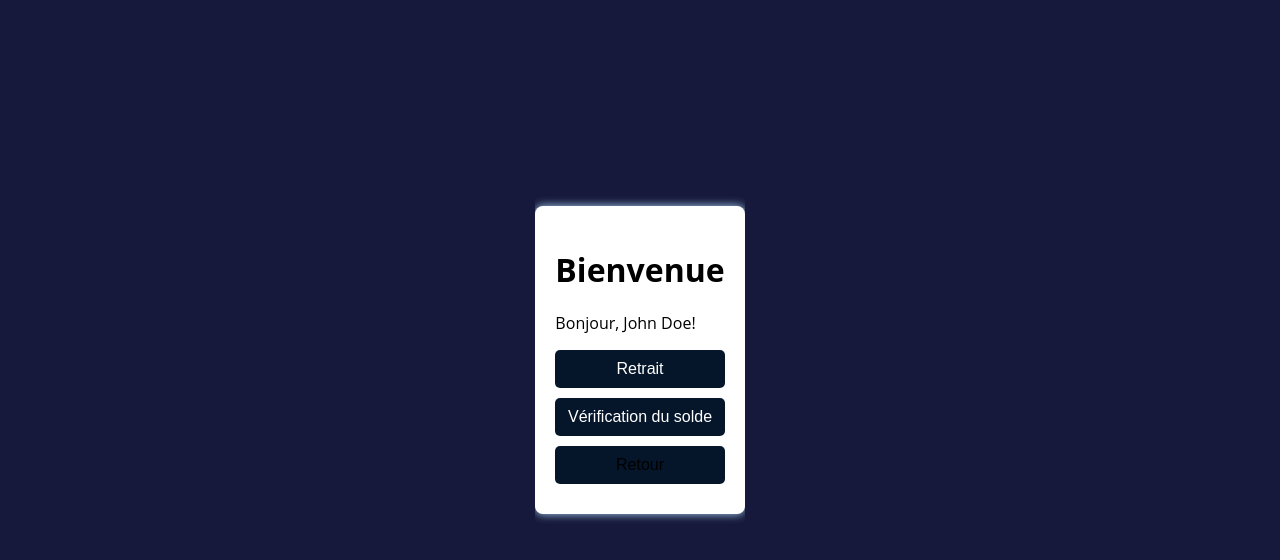
Repository: ndiawar/ProjetGab
Page: bienvenue.html
These files come from the project's save history. The page is drawn as it stood at one moment and after the next save; the edit follows.
The browser window is 1280 px wide. The pictures show the whole page.

Above is the page before, as saved 2024-08-07 19:30:02.
Console error: TypeError: Cannot read properties of null (reading 'addEventListener')

### bienvenue.html
<!DOCTYPE html>
<html lang="en">
<head>
    <meta charset="UTF-8">
    <meta name="viewport" content="width=device-width, initial-scale=1.0">
    <title> Interface Web de votre banque</title>
    <link rel="stylesheet" href="style.css">
    <script src="script.js"></script>
</head>
<body>
    <div class="container">
        <h1 id="bienvenue">Bienvenue</h1>
        <p id="welcome-message">Bonjour, <span id="client-name">Client</span>!</p>
        <button class="button retrait" onclick="alert('Accès au retrait')">Retrait</button>
        <button class="button solde" onclick="alert('Vérification du solde')">Vérification du solde</button>
        <button class="button retour" onclick="alert('merci à la prochaine')">Retour</button>
    </div>

    <script>
        // Remplacez 'Client' par le nom réel du client
        document.getElementById('client-name').textContent = 'John Doe';
    </script>
</body>
</html>

### style.css
:root {
    /* Définition des couleurs de base */
    --blue-sky-1: #16193B; /* Bleu nuit */
    --blue-sky-2: #35478C; /* Bleu foncé */
    --blue-sky-3: #4E7AC7; /* Bleu vif */
    --blue-sky-4: #7FB2F0; /* Bleu clair */
    --blue-sky-5: #ADD5F7; /* Bleu très clair */
    --Noir-6: #000000; /* Noir */
    --Blanc-7: #ffffff; /* Blanc */

    /* Utilisation des couleurs pour différents éléments */
    --color-title: var(--blue-sky-1); /* Couleur pour les titres */
    --color-subtitle: var(--blue-sky-3); /* Couleur pour les sous-titres */
    --color-paragraph: var(--blue-sky-2); /* Couleur pour les paragraphes */
    --color-border: var(--blue-sky-4); /* Couleur pour les bordures */
    --color-backgroundFoncé: var(--blue-sky-1); /* Couleur de fond foncée */
    --color-background: var(--blue-sky-5); /* Couleur de fond général */
    --color-text: var(--Noir-6); /* Couleur pour le texte de fond */
    --color-white: var(--Blanc-7); /* Couleur blanche pour le texte de fond d'une balise */

    /* Polices */
    --font-title: 'Montserrat', sans-serif;
    --font-text: 'Open Sans', sans-serif;
    --font-subtitle: 'Roboto', sans-serif;

    /* Taille de police standard et poids */
    --font-size-normal: 16px; /* Taille de police standard pour le texte */
    --font-size-title: 28px; /* Taille de police pour les grands titres */
    --font-size-subtitle: 20px; /* Taille de police pour les sous-titres */
    --font-weight-normal: 400; /* Poids normal de la police */
    --font-weight-bold: 700; /* Poids en gras */
    /* Pour le profil la taille du nom et du sous-titre */
    --font-size-titleProfil: 45px;
    --font-size-subtitleProfil: 30px;
}


/*Initialisation de notre body pour supprimer les marges et choix du type de police pour notre site*/


/*Initialisation de notre body pour supprimer les marges et choix du type de police pour notre site*/
* {
  box-sizing: border-box;
}

/* Style global pour le corps de la page */
body, html {
    margin: 0;
    padding: 0;
    color: var(--color-text);
    font-family: var(--font-text);
    font-size: var(--font-size-normal);
    font-weight: var(--font-weight-normal);
    overflow-x: hidden;
    height: 100%;
    display: flex;
    align-items: center;
    justify-content: center;
    background-color: var(--color-backgroundFoncé);/**/
}

/* Conteneur principal qui tient la page de connexion */
.login-container {
    display: flex;
    width: 100%;
    max-width: 900px;
    height: 500px;
    background-color: var(--color-white);
    box-shadow: 0 4px 8px rgba(101, 150, 214, 0.1);
    border-radius: 10px;
    overflow: hidden;
}

/* Style pour la section du formulaire de connexion */
.login-form {
    flex: 1;
    padding: 40px;
    background-color: var(--color-white);
    display: flex;
    flex-direction: column;
    justify-content: center;
}

/* Style pour les titres et formulaires dans la section de connexion */
.login-form h2 {
    margin-bottom: 20px;
    color: var(--color-title);
    font-size: var(--font-size-title);
    font-family: var(--font-title);
    font-weight: var(--font-weight-bold);
    padding: 5px 0 60px 50px;
}

.form-group {
    margin-bottom: 15px;
    font-size: var(--font-subtitle);
    font-weight: var(--font-weight-normal);
    font-family: var(--font-text);
    color: var(--color-title);
}

.form-group label {
    display: block;
    margin-bottom: 5px;
    color: var(--color-title);
}

.form-group input {
    width: 100%;
    padding: 10px;
    border: 1px solid var(--color-title);
    border-radius: 5px;
    font-size: 16px;
    box-sizing: border-box;
}

#submit {
    width: 100%;
    padding: 10px;
    background-color: var(--color-backgroundFoncé);
    color: var(--color-white);
    border: none;
    border-radius: 5px;
    font-size: 16px;
    cursor: pointer;
    transition: background-color 0.3s ease;
}

#submit:hover {
    background-color: var(--color-border);
}

/* Style pour la section de bienvenue avec le logo */
.welcome-section {
    flex: 1;
    display: flex;
    align-items: center;
    justify-content: center;
    color: var(--color-backgroundFoncé);
}

.welcome-content {
    text-align: center;
    padding: 20px;
}

.logo {
    width: 350px;
    height: 350px;
    margin-bottom: 20px;
}

.welcome-section h1 {
    margin: 0 0 10px;
    font-size: 36px;
}

.welcome-section p {
    font-size: 18px;
    margin: 0;
}
/*Debut Partie Etienne*/
.container {
    background-color:var(--color-white);
    border-radius: 8px;
    box-shadow: 0 0 10px var(--color-background);
    padding: 20px;
    max-width: 500px;
    width: 100%;
  }
  .service {
    font-size: 24px;
    margin-bottom: 10px;
    color: var(black);
    text-align: center;
  }
  welcome-message {
    font-size: 18px;
    margin-bottom: 20px;
    color: var(black);
  }
  .button {
    display: block;
    width: 100%;
    padding: 10px;
    margin: 10px 0;
    font-size: 16px;
    text-align: center;
    border: none;
    border-radius: 5px;
    cursor: pointer;
    transition: background-color 0.3s;
    background-color: #05162b;
  }
  .button:hover {
    background-color: var(#35478c);
  }
  .button.retrait {
    background-color: var(rgba(1, 4, 24, 0.911));
    color: var(--color-white);
  }
  .button.solde {
    background-color:var(rgba(1, 4, 24, 0.911));
    color: var(--color-white);
  }
  .button.depot {
    background-color: var(rgba(1, 4, 24, 0.911));
    color: var(--color-white);
  }
/*Fin Partie Etienne*/

### script.js
//Déclaration du tableau utilisateurs avec des valeurs d'objets
const utilisateurs = [
    { idCard: '1001', mdp: '51234', etatCmpt: false, nom: 'Dupont', prenom: 'Jean' },
    { idCard: '1002', mdp: '95678', etatCmpt: false, nom: 'Martin', prenom: 'Marie' },
    { idCard: '1003', mdp: '45637', etatCmpt: false, nom: 'Durand', prenom: 'Pierre' },
    { idCard: '1004', mdp: '98712', etatCmpt: false, nom: 'Leroy', prenom: 'Luc' },
    { idCard: '1005', mdp: '45632', etatCmpt: false, nom: 'Moreau', prenom: 'Sophie' },
    { idCard: '1006', mdp: '54832', etatCmpt: false, nom: 'Simon', prenom: 'Laura' },
    { idCard: '1007', mdp: '12345', etatCmpt: false, nom: 'Lambert', prenom: 'Alex' },
    { idCard: '1008', mdp: '67890', etatCmpt: false, nom: 'Garcia', prenom: 'Elena' },
    { idCard: '1009', mdp: '11223', etatCmpt: false, nom: 'Bernard', prenom: 'Nicolas' },
    { idCard: '1010', mdp: '44556', etatCmpt: false, nom: 'Petit', prenom: 'Lucie' }
];

//Sauvegarder les données initials de l'utilisateur dans localStorage si ce n'est pas déja fait
if (!localStorage.getItem('utilisateurs')) {
    localStorage.setItem('utilisateurs', JSON.stringify(utilisateurs));
}

//Déclaration de variable pour enregister le nombre maximum de tentative
//et une variable pour mettre dans le local storage si l'utilisateur est bloqué aprés trois tentative
const maxAttempts = 3;
const userAttempts = JSON.parse(localStorage.getItem('userAttempts')) || {};

// Charge les données de l'utilisateur depuis le LocalStorage
let storedUsers = JSON.parse(localStorage.getItem('utilisateurs')) || [];
//On recupère lesélément id du formulaire pour interagir avec l'événement
//Récupére id du paragraphe pour afficher les msg d'rreurs
const loginForm = document.getElementById('loginForm');
const errorMessage = document.getElementById('errorMessage');
// Lafonction qui lance l'événement connexion
loginForm.addEventListener('submit', function(event) {
    event.preventDefault();
//On recupère les valeurs saisient par les utilisateurs
    const identifiant = document.getElementById('identifiant').value;
    const password = document.getElementById('password').value;
//On recherche l'utilisateur dans le store qui enregistre notre tableau
//Pour le vérifier ensuite avec l'information que l'utilisateur à saisie "identifiant"
    const utilisateur = storedUsers.find(u => u.idCard === identifiant);

    if (!utilisateur) {
        errorMessage.textContent = "Identifiant de carte introuvable,Veuillez réessayer.";
        errorMessage.style.display = "block";
        return;
    }

    if (utilisateur.etatCmpt) {
        errorMessage.textContent = "Compte bloqué. Veuillez contacter votre banque.";
        errorMessage.style.display = "block";
        return;
    }

    if (!userAttempts[identifiant]) {
        userAttempts[identifiant] = 0;
    }

    if (utilisateur.mdp !== password) {
        userAttempts[identifiant]++;
        if (userAttempts[identifiant] >= maxAttempts) {
            utilisateur.etatCmpt = true;
            localStorage.setItem('utilisateurs', JSON.stringify(storedUsers));
            errorMessage.textContent = "Compte bloqué après trois tentatives échouées.";
            errorMessage.style.display = "block";
        } else {
            localStorage.setItem('userAttempts', JSON.stringify(userAttempts));
            errorMessage.textContent = `Mot de passe incorrect. Tentative ${userAttempts[identifiant]} sur ${maxAttempts}.`;
            errorMessage.style.display = "block";
        }
        return;
    }

    userAttempts[identifiant] = 0; // Réinitialise les tentatives
    localStorage.setItem('userAttempts', JSON.stringify(userAttempts));
    alert(`Authentification réussie! Bienvenue, ${utilisateur.prenom} ${utilisateur.nom}.`);
    errorMessage.style.display = "none";
    window.location.href = './bienvenue.html'; // Redirection vers la page bienvenue
});

After the next save:
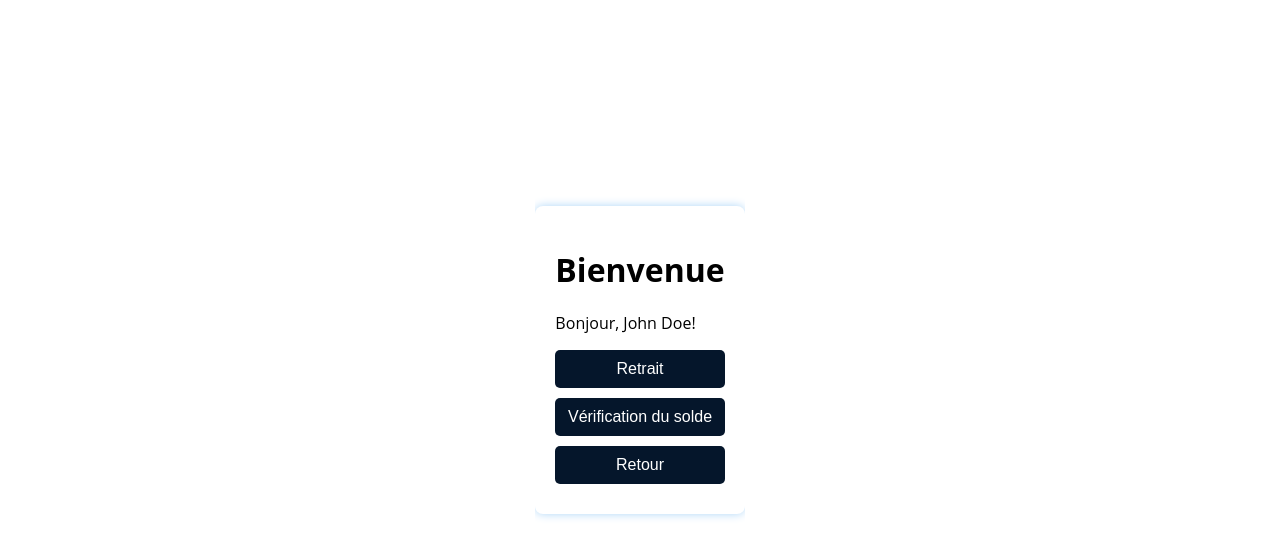
Saved 2 min 51 s later.
--- a/style.css
+++ b/style.css
@@ -6,7 +6,7 @@
     --blue-sky-4: #7FB2F0; /* Bleu clair */
     --blue-sky-5: #ADD5F7; /* Bleu très clair */
     --Noir-6: #000000; /* Noir */
-    --Blanc-7: #ffffff; /* Blanc */
+    --blue-sky-1: #ffffff; /* Blanc */
 
     /* Utilisation des couleurs pour différents éléments */
     --color-title: var(--blue-sky-1); /* Couleur pour les titres */
@@ -16,7 +16,7 @@
     --color-backgroundFoncé: var(--blue-sky-1); /* Couleur de fond foncée */
     --color-background: var(--blue-sky-5); /* Couleur de fond général */
     --color-text: var(--Noir-6); /* Couleur pour le texte de fond */
-    --color-white: var(--Blanc-7); /* Couleur blanche pour le texte de fond d'une balise */
+    --color-white: var(--blue-sky-1); /* Couleur blanche pour le texte de fond d'une balise */
 
     /* Polices */
     --font-title: 'Montserrat', sans-serif;
@@ -114,7 +114,7 @@ body, html {
     box-sizing: border-box;
 }
 
-#submit {
+button {
     width: 100%;
     padding: 10px;
     background-color: var(--color-backgroundFoncé);
@@ -126,7 +126,7 @@ body, html {
     transition: background-color 0.3s ease;
 }
 
-#submit:hover {
+button:hover {
     background-color: var(--color-border);
 }
 
@@ -159,7 +159,8 @@ body, html {
     font-size: 18px;
     margin: 0;
 }
-/*Debut Partie Etienne*/
+
+/*Debut partie yaye*/
 .container {
     background-color:var(--color-white);
     border-radius: 8px;
@@ -167,44 +168,44 @@ body, html {
     padding: 20px;
     max-width: 500px;
     width: 100%;
-  }
-  .service {
-    font-size: 24px;
-    margin-bottom: 10px;
-    color: var(black);
-    text-align: center;
-  }
-  welcome-message {
-    font-size: 18px;
-    margin-bottom: 20px;
-    color: var(black);
-  }
-  .button {
-    display: block;
-    width: 100%;
-    padding: 10px;
-    margin: 10px 0;
-    font-size: 16px;
-    text-align: center;
-    border: none;
-    border-radius: 5px;
-    cursor: pointer;
-    transition: background-color 0.3s;
-    background-color: #05162b;
-  }
-  .button:hover {
-    background-color: var(#35478c);
-  }
-  .button.retrait {
-    background-color: var(rgba(1, 4, 24, 0.911));
-    color: var(--color-white);
-  }
-  .button.solde {
-    background-color:var(rgba(1, 4, 24, 0.911));
-    color: var(--color-white);
-  }
-  .button.depot {
-    background-color: var(rgba(1, 4, 24, 0.911));
-    color: var(--color-white);
-  }
-/*Fin Partie Etienne*/
+}
+
+h1.bienvenue{
+  font-size: 24px;
+  margin-bottom: 10px;
+  color: var(black);
+}
+p.welcome-message {
+  font-size: 18px;
+  margin-bottom: 20px;
+  color: var(black);
+}
+.button {
+  display: block;
+  width: 100%;
+  padding: 10px;
+  margin: 10px 0;
+  font-size: 16px;
+  text-align: center;
+  border: none;
+  border-radius: 5px;
+  cursor: pointer;
+  transition: background-color 0.3s;
+  background-color: #05162b;
+}
+.button:hover {
+  background-color: var(#35478c);
+}
+.button.retrait {
+  background-color: var(rgba(1, 4, 24, 0.911));
+  color: var(--color-white);
+}
+.button.solde {
+  background-color:var(rgba(1, 4, 24, 0.911));
+  color: var(--color-white);
+}
+.button.retour {
+  background-color: var(rgba(1, 4, 24, 0.911));
+  color: var(--color-white);
+}
+/* fin partie yaye*/
